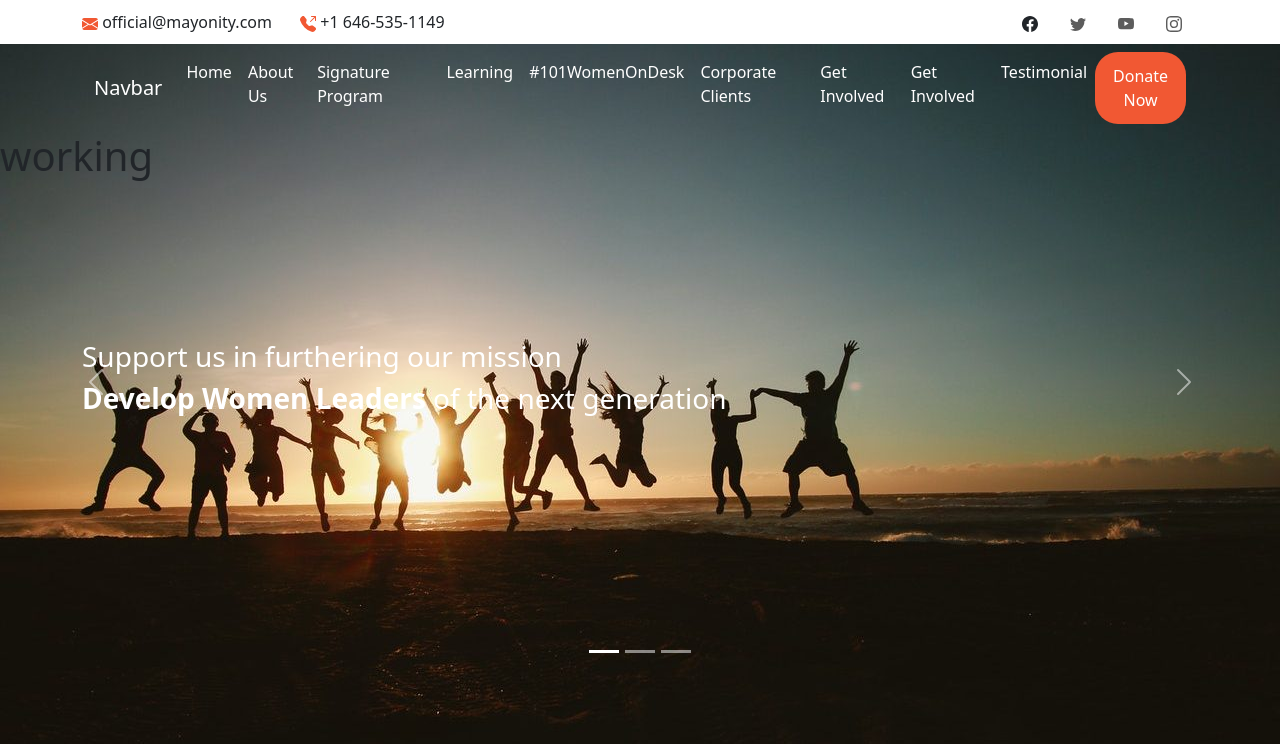
Repository: rizwan-zafar/wings
Page: /
An editor plug-in stored every save of this project. The page is shown before and after a run of saves, followed by the edit.
The browser window is 1280 px wide. The pictures show the whole page.
The project was rebuilt for these pictures with package versions that can differ from the ones it lists, and the page was loaded fresh each time.

Above is the page before, as saved 2022-11-26 22:30:05.

After the next 4 saves:
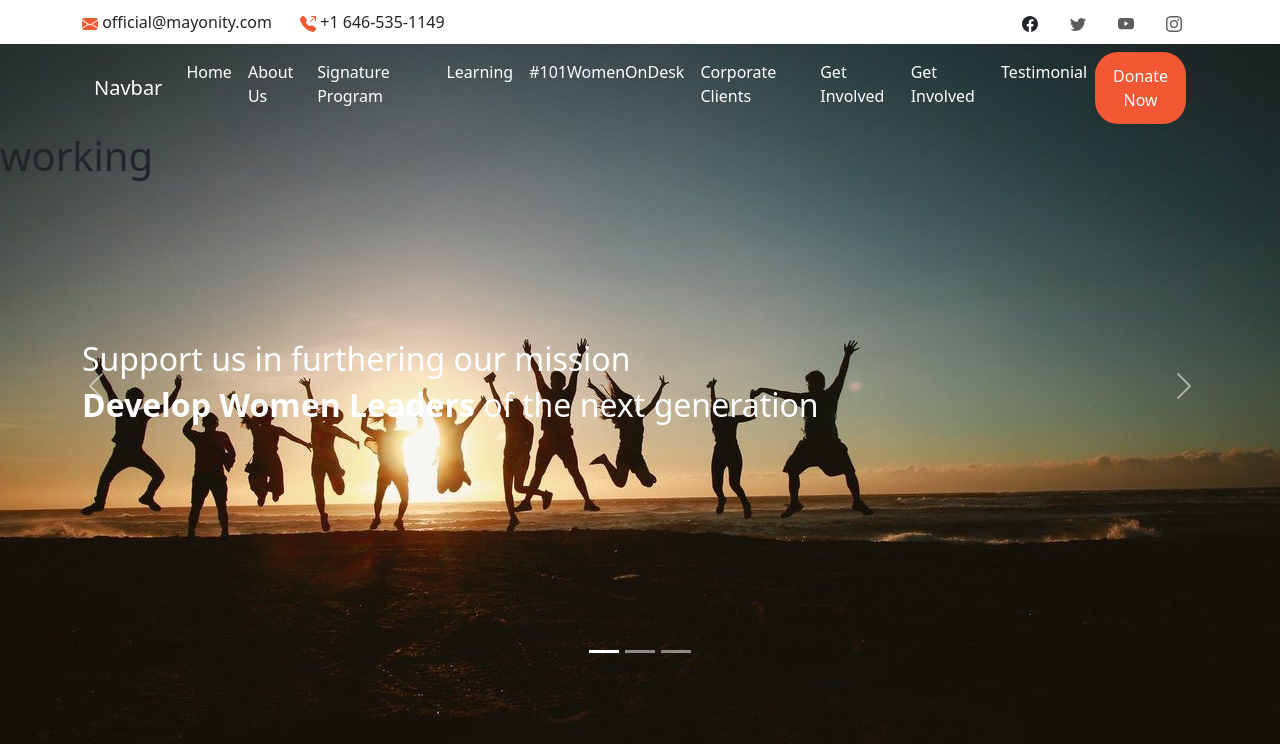
The 4 saves are shown as one change because they came seconds apart.
The last was saved 74 s later.
--- a/src/Components/Slider.js
+++ b/src/Components/Slider.js
@@ -16,8 +16,8 @@ export default function Slider() {
                     <div className="carousel-item active">
                         {/* <img src="https://thumbs.dreamstime.com/b/happy-active-kids-group-six-boys-team-sitting-grass-balls-smiling-sunny-summer-day-33824066.jpg" className="d-block w-100" alt="..." /> */}
                         <div>
-                            <h3>Support us in furthering our mission</h3>
-                            <h3><strong>Develop Women Leaders</strong> of the next generation</h3>
+                            <h2>Support us in furthering our mission</h2>
+                            <h2><strong>Develop Women Leaders</strong> of the next generation</h2>
                         </div>
                     </div>
                 </div>
